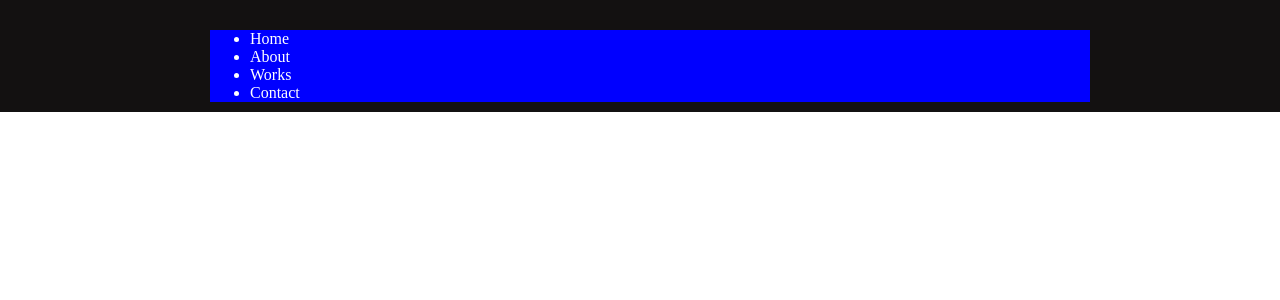
Repository: Kwabena-Kobiri/yellocoders
Page: index.html
The author's editor kept a copy of each file at every save. The page is drawn from the files as they stood at one save, then again after the next save.
The browser window is 1280 px wide. The pictures show the whole page.

Above is the page before, as saved 2021-05-05 18:46:25.

After the next save:
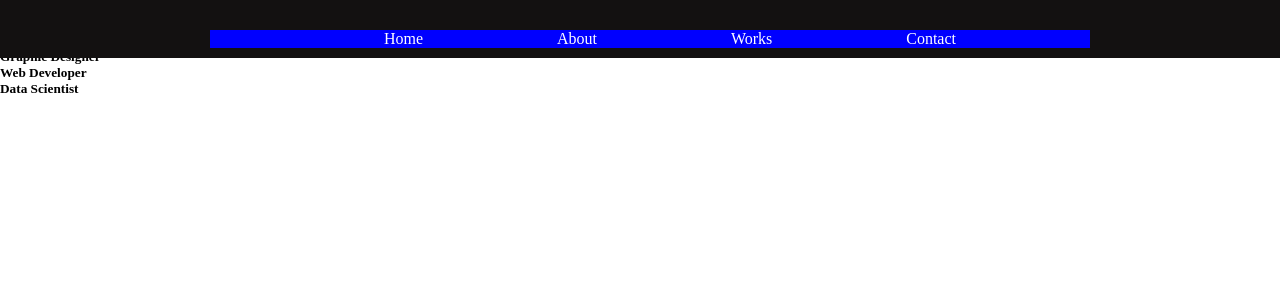
Saved 2 min 32 s later.
--- a/index.css
+++ b/index.css
@@ -19,4 +19,11 @@
     background-color: blue;
 }
 
+#nav > ul {
+    display: flex;
+    flex-direction: row;
+    justify-content: space-evenly;
+    list-style: none;
+}
+
 /* HEADER STYLING ENDS HERE */
